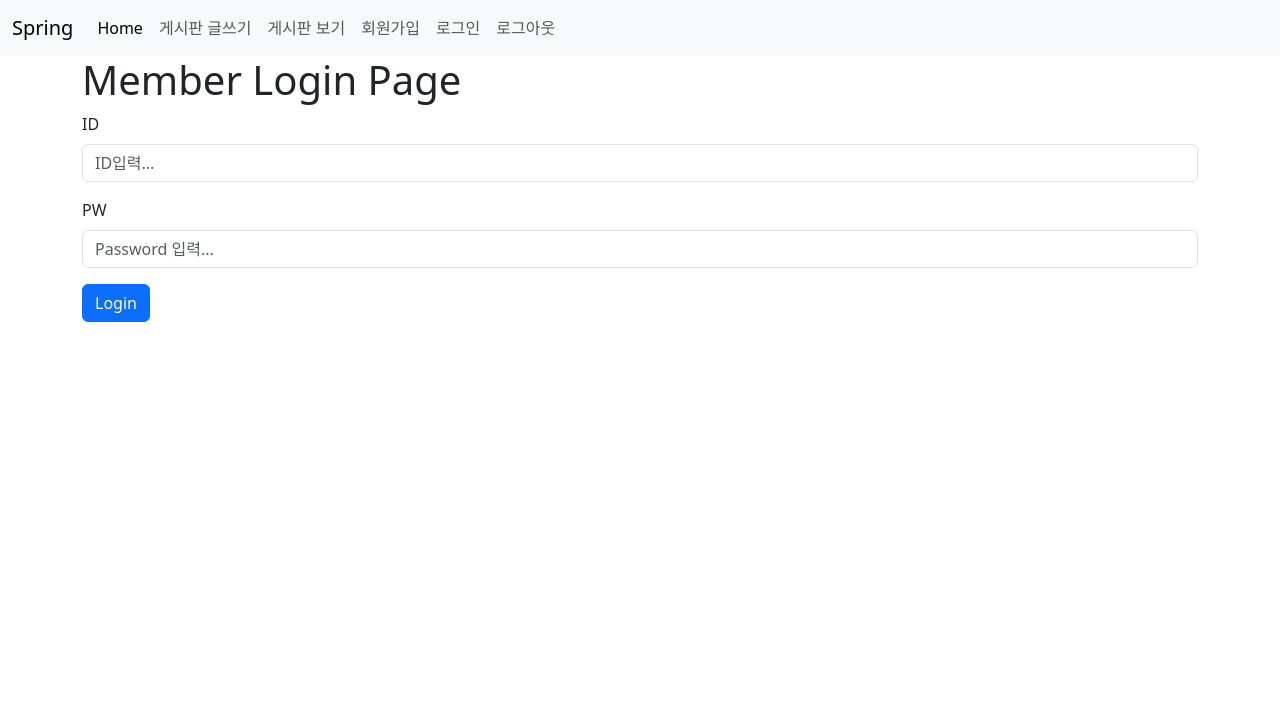
Repository: kimnoanoa/springTest240430
Page: http://localhost/spring_study/WEB-INF/views/member/register.jsp
The author's editor kept a copy of each file at every save. The page is drawn from the files as they stood at one save, then again after the next save.
The browser window is 1280 px wide. The pictures show the whole page.
The page is served by Tomcat 9. Nobody is signed in. The template is opened directly, without the code that normally fills it, so the values that code supplies are empty.

Above is the page before, as saved 2024-04-28 14:12:06.

### spring_study/src/main/webapp/WEB-INF/views/member/register.jsp
<%@ page language="java" contentType="text/html; charset=UTF-8"
	pageEncoding="UTF-8"%>

<jsp:include page="../layout/header.jsp" />

<div class="container-md">
	<h1>Member Login Page</h1>

	<form action="/member/login" method="post">

		<div class="mb-3">
			<label for="i" class="form-label">ID</label> <input type="text"
				class="form-control" id="i" placeholder="ID입력..." name="id">
		</div>
		<div class="mb-3">
			<label for="p" class="form-label">PW</label> <input type="password"
				class="form-control" id="p" placeholder="Password 입력..." name="pw">
		</div>
		<button type="submit" class="btn btn-primary">Login</button>
	</form>
</div>

<jsp:include page="../layout/footer.jsp" />

### spring_study/src/main/webapp/WEB-INF/views/layout/header.jsp
<%@ page language="java" contentType="text/html; charset=UTF-8"
    pageEncoding="UTF-8"%>
<!DOCTYPE html>
<html>
<head>
<meta charset="UTF-8">
<title>header.jsp</title>
</head>
<link href="https://cdn.jsdelivr.net/npm/bootstrap@5.3.3/dist/css/bootstrap.min.css" rel="stylesheet" integrity="sha384-QWTKZyjpPEjISv5WaRU9OFeRpok6YctnYmDr5pNlyT2bRjXh0JMhjY6hW+ALEwIH" crossorigin="anonymous">
<script src="https://cdn.jsdelivr.net/npm/bootstrap@5.3.3/dist/js/bootstrap.bundle.min.js" integrity="sha384-YvpcrYf0tY3lHB60NNkmXc5s9fDVZLESaAA55NDzOxhy9GkcIdslK1eN7N6jIeHz" crossorigin="anonymous"></script>
<body>
<nav class="navbar navbar-expand-lg bg-body-tertiary">
  <div class="container-fluid">
    <a class="navbar-brand" href="#">Spring</a>
    <button class="navbar-toggler" type="button" data-bs-toggle="collapse" data-bs-target="#navbarSupportedContent" aria-controls="navbarSupportedContent" aria-expanded="false" aria-label="Toggle navigation">
      <span class="navbar-toggler-icon"></span>
    </button>
    <div class="collapse navbar-collapse" id="navbarSupportedContent">
      <ul class="navbar-nav me-auto mb-2 mb-lg-0">
        <li class="nav-item">
          <a class="nav-link active" aria-current="page" href="#">Home</a>
        </li>
        <li class="nav-item">
          <a class="nav-link" href="/board/register">게시판 글쓰기</a>
        </li>
        <li class="nav-item">
          <a class="nav-link" href="/board/list">게시판 보기</a>
        </li>
        <li class="nav-item">
          <a class="nav-link" href="#">회원가입</a>
        </li>
        <li class="nav-item">
          <a class="nav-link" href="#">로그인</a>
        </li>
        <li class="nav-item">
          <a class="nav-link" href="#">로그아웃</a>
        </li>
        </ul>
    </div>
  </div>
</nav>

### spring_study/src/main/webapp/WEB-INF/views/layout/footer.jsp
<%@ page language="java" contentType="text/html; charset=UTF-8"
    pageEncoding="UTF-8"%>
<div>
<!-- 2024 Spring Project -->
</div>
</body>
</html>

After the next save:
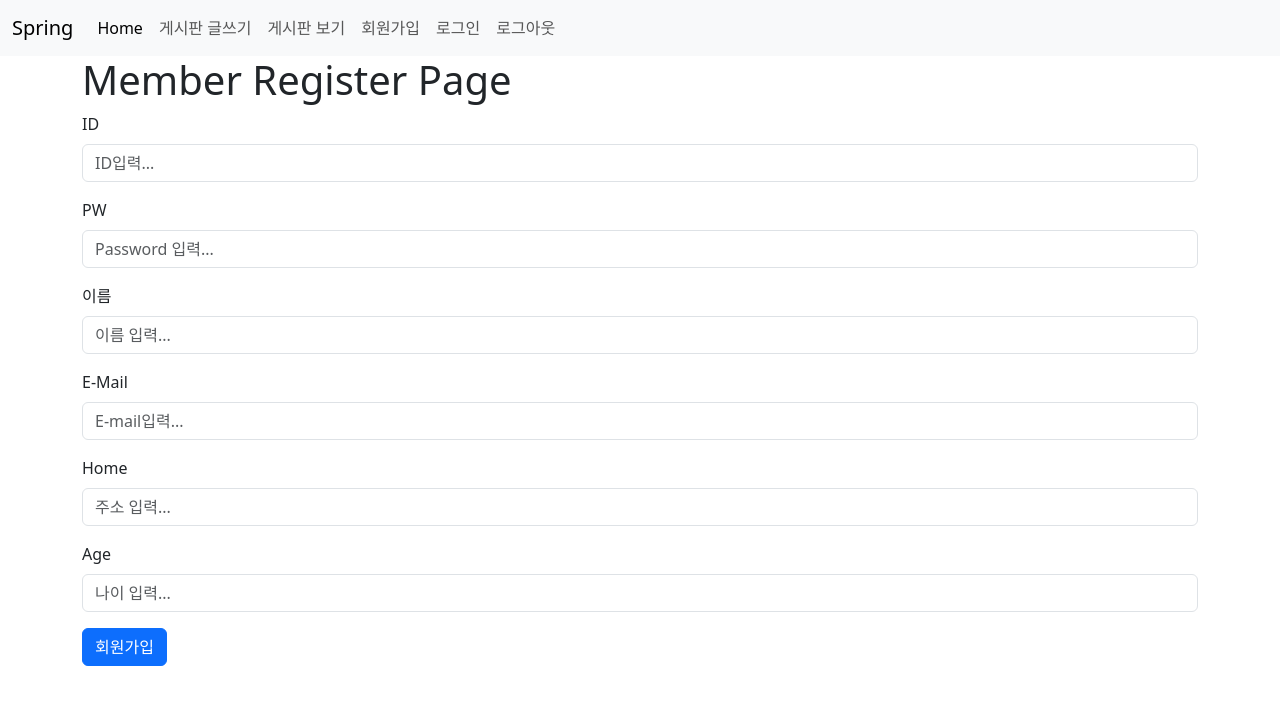
Saved 13 s later.
--- a/spring_study/src/main/webapp/WEB-INF/views/member/register.jsp
+++ b/spring_study/src/main/webapp/WEB-INF/views/member/register.jsp
@@ -1,23 +1,42 @@
 <%@ page language="java" contentType="text/html; charset=UTF-8"
-	pageEncoding="UTF-8"%>
+    pageEncoding="UTF-8"%>
 
-<jsp:include page="../layout/header.jsp" />
+    <jsp:include page="../layout/header.jsp" />
 
-<div class="container-md">
-	<h1>Member Login Page</h1>
+<div  class="container-md">
+<h1>Member Register Page</h1>
 
-	<form action="/member/login" method="post">
+<form action="/member/register" method="post">
 
-		<div class="mb-3">
-			<label for="i" class="form-label">ID</label> <input type="text"
-				class="form-control" id="i" placeholder="ID입력..." name="id">
-		</div>
-		<div class="mb-3">
-			<label for="p" class="form-label">PW</label> <input type="password"
-				class="form-control" id="p" placeholder="Password 입력..." name="pw">
-		</div>
-		<button type="submit" class="btn btn-primary">Login</button>
-	</form>
+<div class="mb-3">
+  <label for="i" class="form-label">ID</label>
+  <input type="text" class="form-control" id="i" placeholder="ID입력..." name="id">
+</div>
+<div class="mb-3">
+  <label for="p" class="form-label">PW</label>
+  <input type="password" class="form-control" id="p" placeholder="Password 입력..." name="pw">
+</div>
+<div class="mb-3">
+  <label for="n" class="form-label">이름</label>
+  <input type="text" class="form-control" id="n" placeholder="이름 입력..." name="name">
+</div>
+<div class="mb-3">
+  <label for="e" class="form-label">E-Mail</label>
+  <input type="email" class="form-control" id="e" placeholder="E-mail입력..." name="email">
+</div>
+<div class="mb-3">
+  <label for="h" class="form-label">Home</label>
+  <input type="text" class="form-control" id="h" placeholder="주소 입력..." name="home">
+</div>
+<div class="mb-3">
+  <label for="a" class="form-label">Age</label>
+  <input type="text" class="form-control" id="a" placeholder="나이 입력..." name="age">
+</div>
+
+<button type="submit" class="btn btn-primary">회원가입</button>
+
+</form>
+
 </div>
 
 <jsp:include page="../layout/footer.jsp" />
